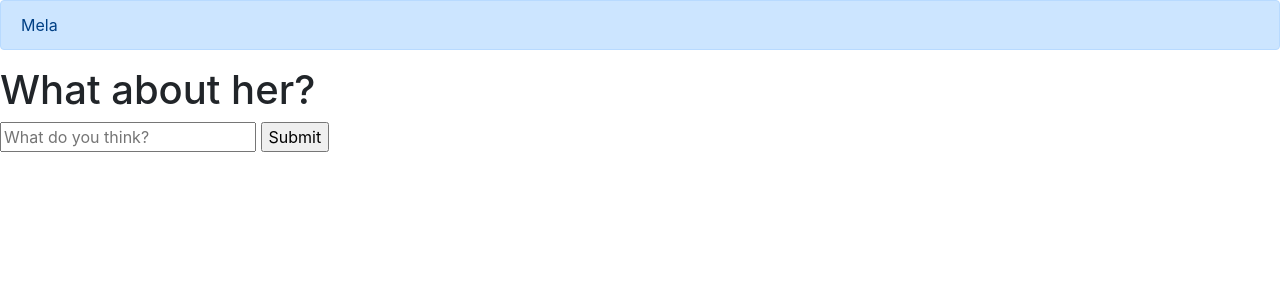
Repository: mskurnickcode/coupleDo
Page: http://localhost/add
The author's editor kept a record of every edit. The page is drawn from the files as they stood at one moment, then again after the next edit.
The browser window is 1280 px wide. The pictures show the whole page.
The page is served by the project's application, run on Flask 3 (flaskexperiment/application.py).

Above is the page before.

### ubuntu/flaskexperiment/templates/add.html
{% extends "layout.html" %}

{% block body %}
    <form action= "/add" method = "post">
        <input id="comment" name="comment" type = "text" placeholder="What do you think?">
        <input type = "submit">
    </form>

    <script>
        document.querySelector('#comment').onkeyup = function() {
            if (document.querySelector('#comment').value === '') {
                document.querySelector('#submit').disabled = true;
            } else {
                document.querySelector('#submit').disabled = false;
            }
        }
    </script>
{% endblock %}

### ubuntu/flaskexperiment/templates/layout.html
<!DOCTYPE HTML>

<HTML lan="en">
    <head>
        <link href="https://stackpath.bootstrapcdn.com/bootstrap/4.5.0/css/bootstrap.min.css" rel="stylesheet">
        <div class="alert alert-primary" role="alert">
          Mela
        </div>
    </head>
    <div>
        <h1>What about her?</h1>
    </div>
    <body>
        {% block body %}
        {% endblock %}
    </body>

</HTML>

### ubuntu/flaskexperiment/application.py
from flask import Flask, redirect, render_template, request

app = Flask(__name__)

strings = []

@app.route("/")
def string ():
    return render_template("strings.html", strings = strings)

@app.route("/add", methods = ["GET", "POST"])
def add():
    if request.method == "GET":
        return render_template("add.html")
    else:
        string = request.form.get("comment")
        strings.append(string)
        return redirect("/")

After the next edit:
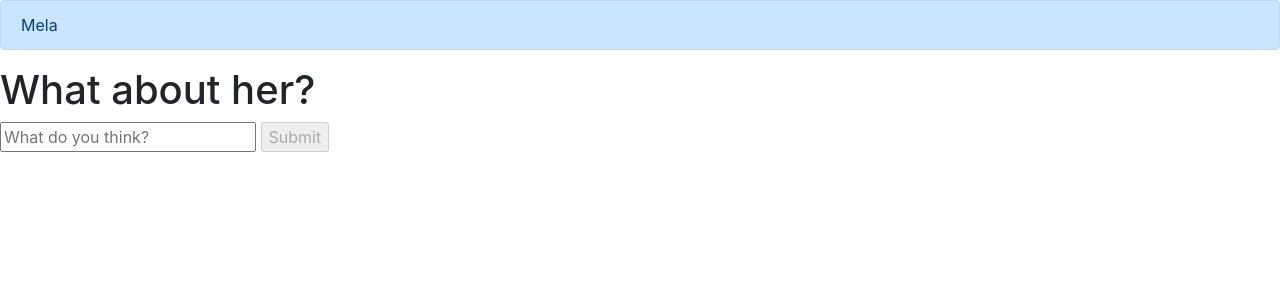
The edit:
--- a/ubuntu/flaskexperiment/templates/add.html
+++ b/ubuntu/flaskexperiment/templates/add.html
@@ -3,7 +3,7 @@
 {% block body %}
     <form action= "/add" method = "post">
         <input id="comment" name="comment" type = "text" placeholder="What do you think?">
-        <input type = "submit">
+        <input type = "submit" disabled>
     </form>
 
     <script>
